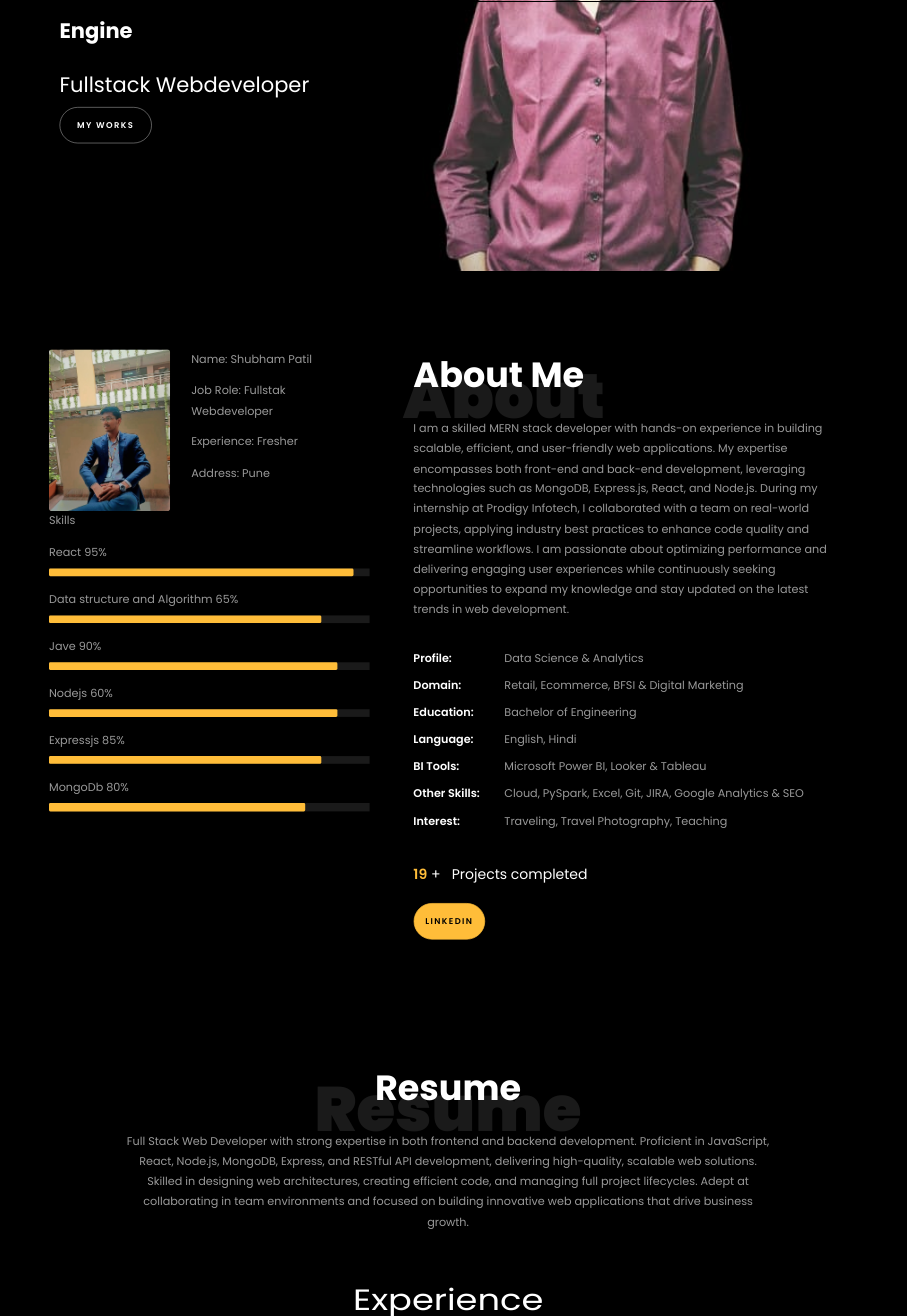
Repository: abp197/portfolio-website
Page: index.html
The author's editor kept a copy of each file at every save. The page is drawn from the files as they stood at one save, then again after the next save.
The browser window is 1280 px wide. The page is 1295 px wide, so the pictures cover 1295 px, including what lies to the right of the window. The pictures show the part of the page from y = 363 to 2243 px (the page is 6587 px tall), at 70% of full size.

Above is the page before, as saved 2024-10-16 00:56:30.
Console error (its wording comes from the project's code and is left out).

After the next save:
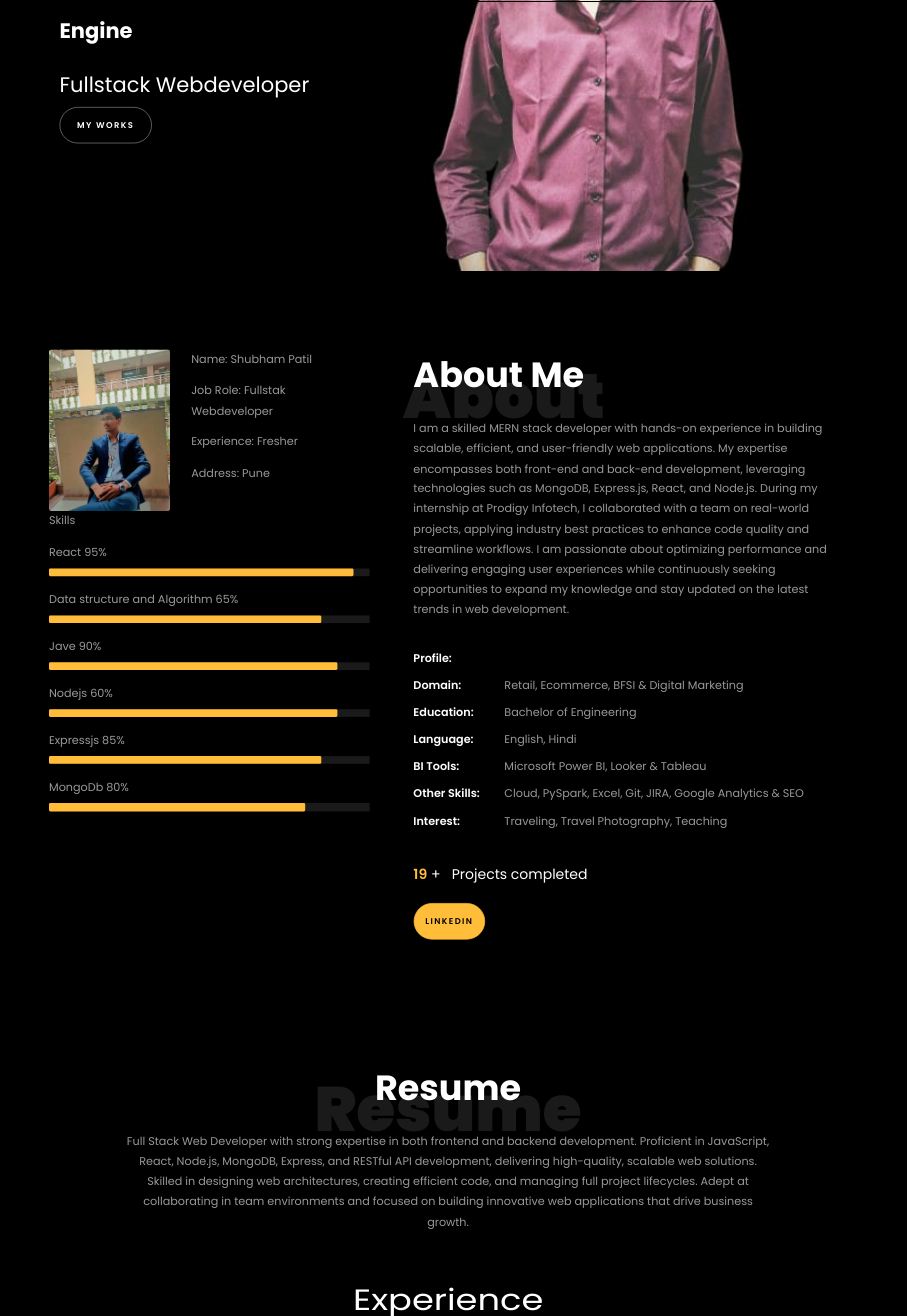
Saved 19 s later.
--- a/index.html
+++ b/index.html
@@ -287,7 +287,7 @@
 
 								</p>
 								<ul class="about-info mt-4 px-md-0 px-2">
-									<li class="d-flex"><span>Profile:</span> <span>Data Science &amp; Analytics</span>
+									<li class="d-flex"><span>Profile:</span> <span></span>
 									</li>
 									<li class="d-flex"><span>Domain:</span> <span>Retail, Ecommerce, BFSI &amp; Digital
 											Marketing</span></li>
